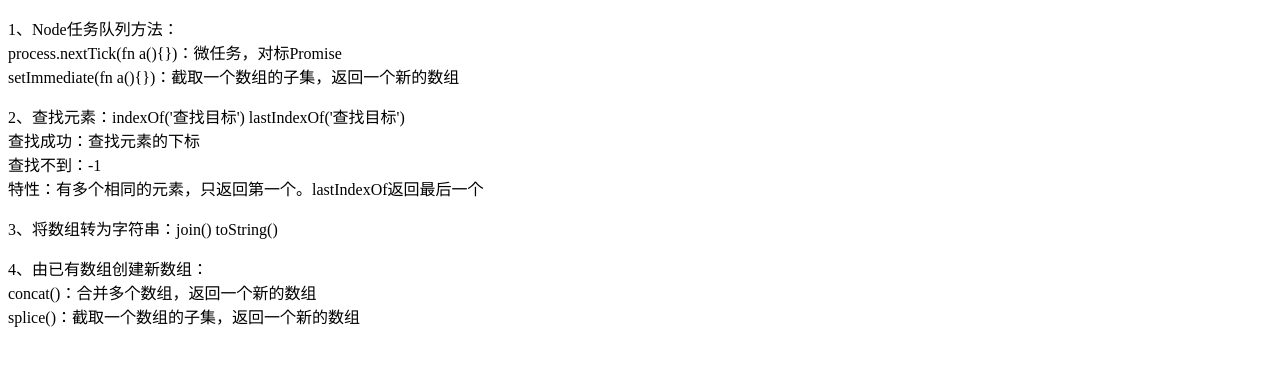
Repository: 15878162243/nodejsNote
Page: node方法.html
The author's editor kept a copy of each file at every save. The page is drawn from the files as they stood at one save, then again after the next save.
The browser window is 1280 px wide. The pictures show the whole page.

Above is the page before, as saved 2022-09-25 15:43:03.

### node方法.html
<!DOCTYPE html>
<html>
	<head>
		<meta charset="utf-8">
		<title></title>
	</head>
	<body>

		<p>1、Node任务队列方法：<br />
			process.nextTick(fn a(){})：微任务，对标Promise<br />
			setImmediate(fn a(){})：截取一个数组的子集，返回一个新的数组<br />
		</p>
		<script>
			var nums1 = []; // 1-100
			var nums2 = [];
			for(var i = 0; i < 100; i++){
				nums1[i] = i+1;
				nums2[i] = i+1;
			}

			// 将数组内的每个元素一个个赋值给另一个数组。
			function copy(arr1, arr2){
				for(var i = 0; i < arr1.length; i++){
					arr2[i] = arr1[i]
				}
			}

			var samenums1 = nums1; // 浅复制
			nums1[0] = 400
			console.log('word 1: '+samenums1[0]) // 400

			var samenums2 = []
			copy(nums2,samenums2)	 // 深复制
			nums2[0] = 400
			console.log('word 1: '+samenums2[0]) // 1
		</script>










		<p>2、查找元素：indexOf('查找目标') lastIndexOf('查找目标')<br />
			查找成功：查找元素的下标<br />
			查找不到：-1<br />
			特性：有多个相同的元素，只返回第一个。lastIndexOf返回最后一个
		</p>
		<script>
			var indexArr = ["daom","fhjak","vnska","daom"]
			console.log('word 2: '+indexArr.indexOf('vnska')) // 2
			console.log('word 2: '+indexArr.indexOf('dad'))   // -1
			console.log('word 2: '+indexArr.lastIndexOf('daom'))   // 3
		</script>

		<p>3、将数组转为字符串：join()  toString()</p>
		<script>
			var indexArr = ["daom","fhjak","vnska","daom"]
			console.log('word 3: '+indexArr.join())
			console.log('word 3: '+indexArr.toString())
			// daom,fhjak,vnska,daom
		</script>

		<p>4、由已有数组创建新数组：<br />
			concat()：合并多个数组，返回一个新的数组<br />
			splice()：截取一个数组的子集，返回一个新的数组<br />
		</p>



	</body>
</html>

After the next save:
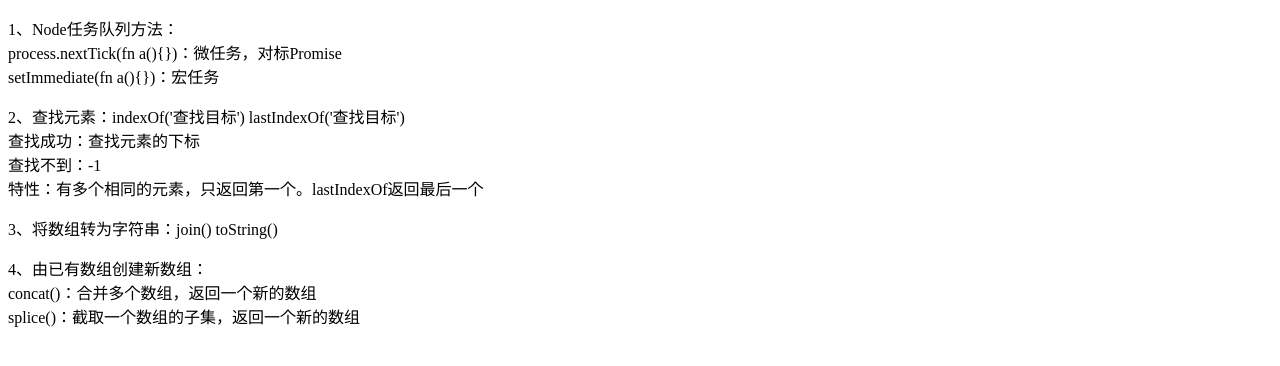
Saved 7 s later.
--- a/node方法.html
+++ b/node方法.html
@@ -8,7 +8,7 @@
 
 		<p>1、Node任务队列方法：<br />
 			process.nextTick(fn a(){})：微任务，对标Promise<br />
-			setImmediate(fn a(){})：截取一个数组的子集，返回一个新的数组<br />
+			setImmediate(fn a(){})：宏任务<br />
 		</p>
 		<script>
 			var nums1 = []; // 1-100
